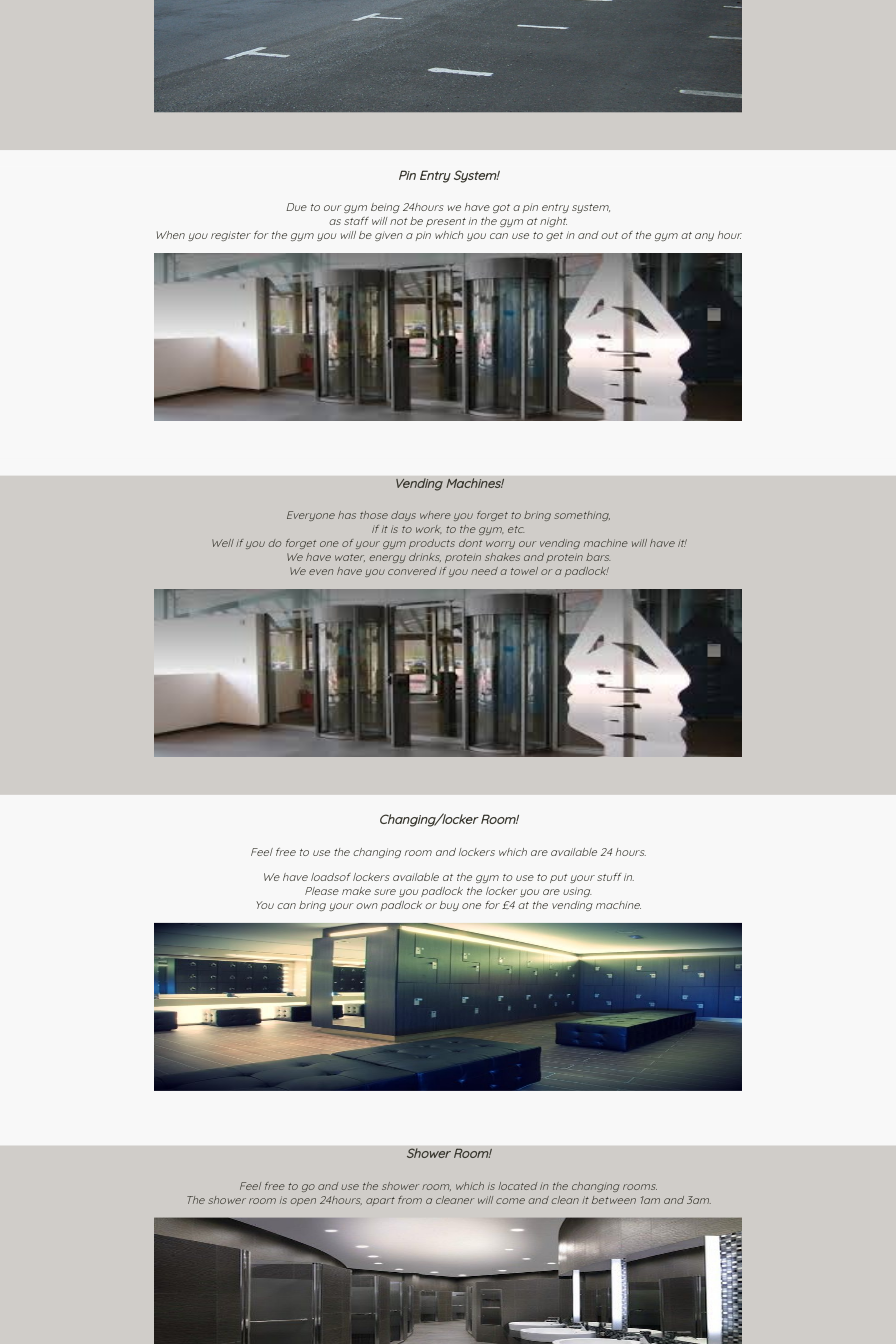
Repository: RicardoAzuul/the_fitness_hub
Page: equipment.html
The author's editor kept a record of every edit. The page is drawn from the files as they stood at one moment, then again after the next edit.
The browser window is 1280 px wide. The pictures show the part of the page from y = 319 to 2239 px (the page is 3715 px tall), at 70% of full size.

Above is the page before.

### equipment.html
<!DOCTYPE html>
<html>
    <head>
        <meta charset="UTF-8">
        <meta name="viewport" content="width=device-width, initial-scale=1.0">
        <meta http-equiv="X-UA-Compatible" content="ie=edge">
        <title>The Fitness Hub</title>
        <link rel="stylesheet" href="https://cdnjs.cloudflare.com/ajax/libs/font-awesome/4.7.0/css/font-awesome.min.css">
        <link rel="stylesheet" href="css/style.css" type="text/css">
        <link href="https://fonts.googleapis.com/css?family=Livvic&display=swap" rel="stylesheet">
        <link href="https://fonts.googleapis.com/css?family=Quicksand&display=swap" rel="stylesheet">
    </head>
    <body class="equip">
        <header>
            <div class="navbar">
           <div class="dropdown">
           <button class="dropbtn">Menu
           <i class="fa fa-bars"></i>
           </button>
           <div class="dropdown-content">
           <a href="index.html">Home</a>
           <a href="join_now.html">Join Now</a>
           <a href="classes.html">Classes</a>
           <a href="equipment.html">Equipment/Facilities</a>
           <a href="help_and_contact.html">Help & Contact</a>
           </div>
           </div>
           </div>
        </header>
        <h2 class="fac">Gym Equipment/Facilities!</h2>
        <section class="car-park">
            <!-----<div class="equipment">--->
            <h4>Free Parking!</h4>
            <p>Want free parking near the gym?<br>
             don't worry we thought of you! The Fitness Hub has a free car park just outside the door!</p>
             <!----</div>-->
             <img src="images/Carparking.jpg" alt="Car park" class="pin">
        </section>
        <section class="pin-system">
            <!--<div class="equipment">-->
            <h4>Pin Entry System!</h4>
            <p>Due to our gym being 24hours we have got a pin entry system,<br>
            as staff will not be present in the gym at night.<br>
            When you register for the gym you will be given a pin which you can use to get in and out of the gym at any hour.</p>
            <!--</div>-->
        <img src="images/podimages.jpg" alt="Pin entry system" class="pin">
        </section>
        <section class="car-park">
            <h4>Vending Machines!</h4>
            <p>Everyone has those days where you forget to bring something,<br>
            if it is to work, to the gym, etc.<br>
            Well if you do forget one of your gym products dont worry our vending machine will have it!<br>
            We have water, energy drinks, protein shakes and protein bars.<br>
            We even have you convered if you need a towel or a padlock!</p>
           <img src="images/podimages.jpg" alt="Vending machine" class="pin">
        </section>
        <section class="pin-system">
            <h4>Changing/locker Room!</h4>
            <p>Feel free to use the changing room and lockers which are available 24 hours.</p>
            <p>We have loadsof lockers available at the gym to use to put your stuff in.<br>
            Please make sure you padlock the locker you are using.<br>
            You can bring your own padlock or buy one for £4 at the vending machine.</p>
            <img src="images/changing-room.jpg" alt="Changing Room" class="pin">
        </section>
        <section class="car-park">
            <h4>Shower Room!</h4>
            <p>Feel free to go and use the shower room, which is located in the changing rooms.<br>
            The shower room is open 24hours, apart from a cleaner will come and clean it between 1am and 3am.</p>
            <img src="images/shower-room.jpg" alt="Shower room" class="pin">
        </section>
            <section class="pin-system">
                <h4>Free Weights!</h4>
                <p>You want to work on your muscles?<br>
                Come over to the free weights section which dumbbells start from 2kg all the way to 50kg.<br>
                We even have weight benches and squat racks!</p>
             <img src="images/free-weights.jpg" alt="Free weights" class="pin">
            </section>
            <section class="car-park">
                <h4>Fixed Resistance Weights!</h4>
                <p>If your not comfortable using the free weights, we have plenty of fixed Resistance weights.<br>
                These weights are perfect for starters at the gym, as you you have resistance weights for each part of your body.<br>
                They will show you what muscles you will be working for that machine, get the same weight options as free weights<br>
                and they show you  what to do at each machine via a diagram.<br>
                Do not get us wrong they are not just for starters at the gym, anyone can use them! Some people prefer them to free weights.<br>
                It all comes down to you as the trainers preferences.</p>
                <img src="images/fixed-resistance-weights.jpg" alt="Resistance weights" class="pin">
            </section>
            <section class="pin-system">
                <h4>Fitness Studio!</h4>
                <p>Our gym offers free classes to all members. If your a beginner or an expert, we got you covered!<br>
                from Cardio to muscle toning! No one will miss out as we have classes for everyone, in our studio spaces!</p>
                <img src="images/fitness-studio.jpg" alt="Fitness studio" class="pin">
            </section>
        </body>
        </html>

Loaded but not shown: css/style.css (1271 lines, source omitted)

After the next edit:
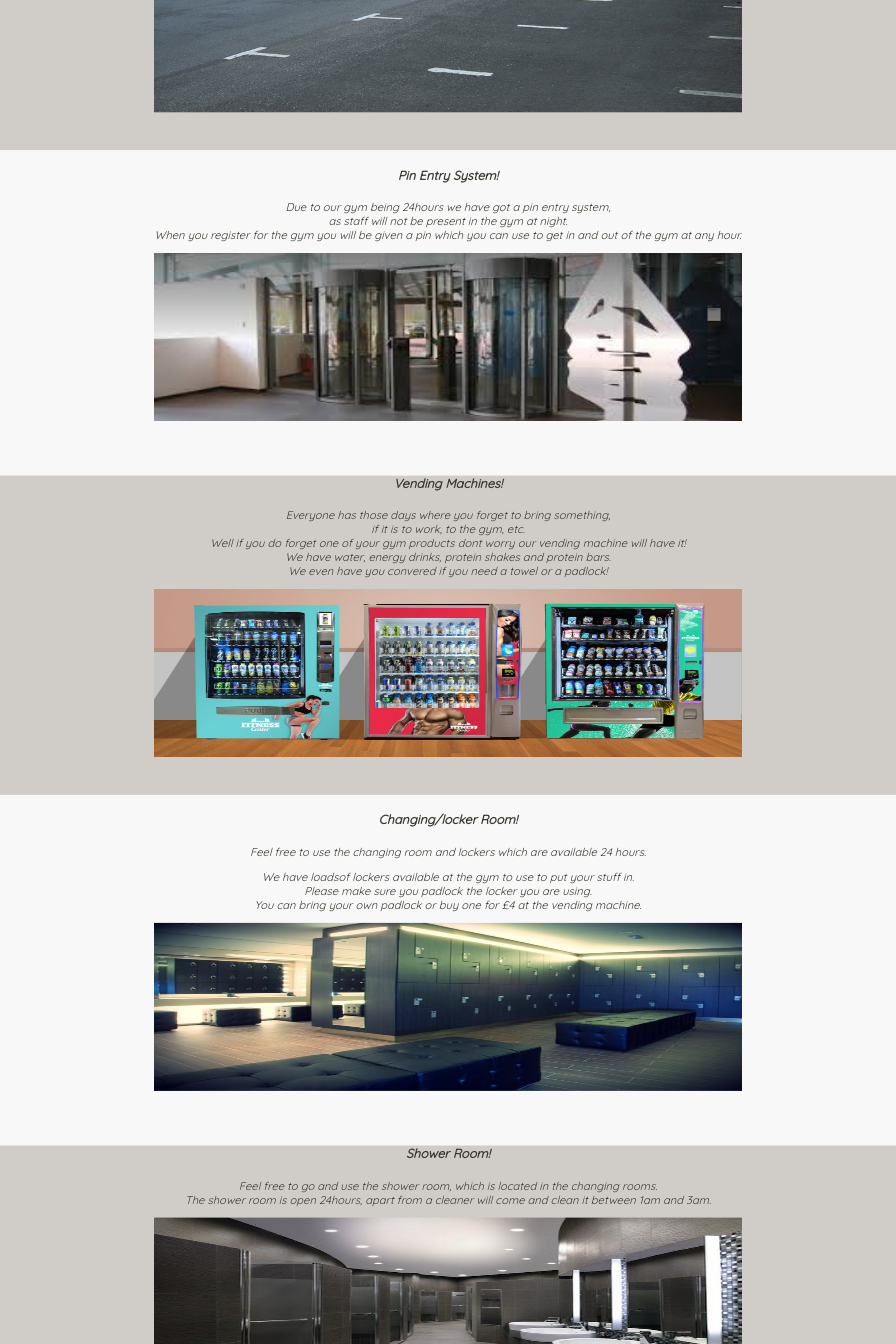
The edit:
--- a/equipment.html
+++ b/equipment.html
@@ -52,7 +52,7 @@
             Well if you do forget one of your gym products dont worry our vending machine will have it!<br>
             We have water, energy drinks, protein shakes and protein bars.<br>
             We even have you convered if you need a towel or a padlock!</p>
-           <img src="images/podimages.jpg" alt="Vending machine" class="pin">
+           <img src="images/Gym-Vending-Machines.jpg" alt="Vending machine" class="pin">
         </section>
         <section class="pin-system">
             <h4>Changing/locker Room!</h4>
